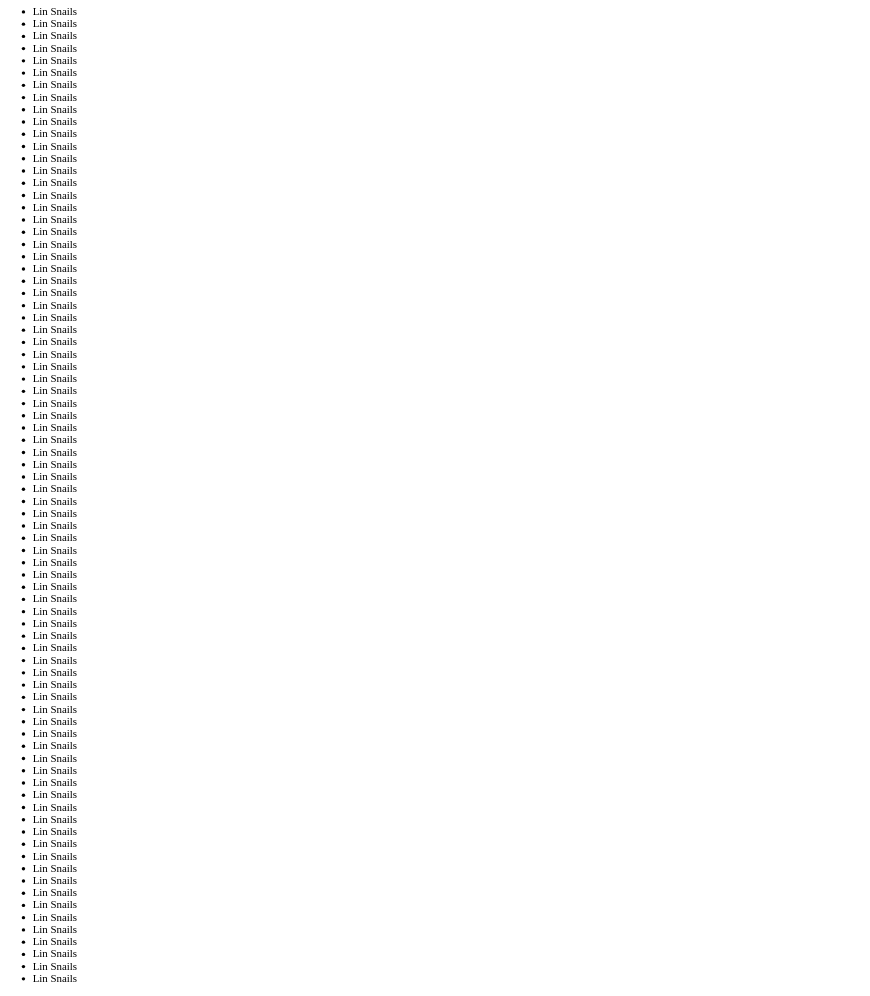
Repository: addie1988/resume
Page: Carousel.html
These files come from the project's save history. The page is drawn as it stood at one moment and after the next save; the edit follows.
The browser window is 1280 px wide. The pictures show the whole page, at 68% of full size.

Above is the page before, as saved 2021-11-24 11:48:00.

After the next save:
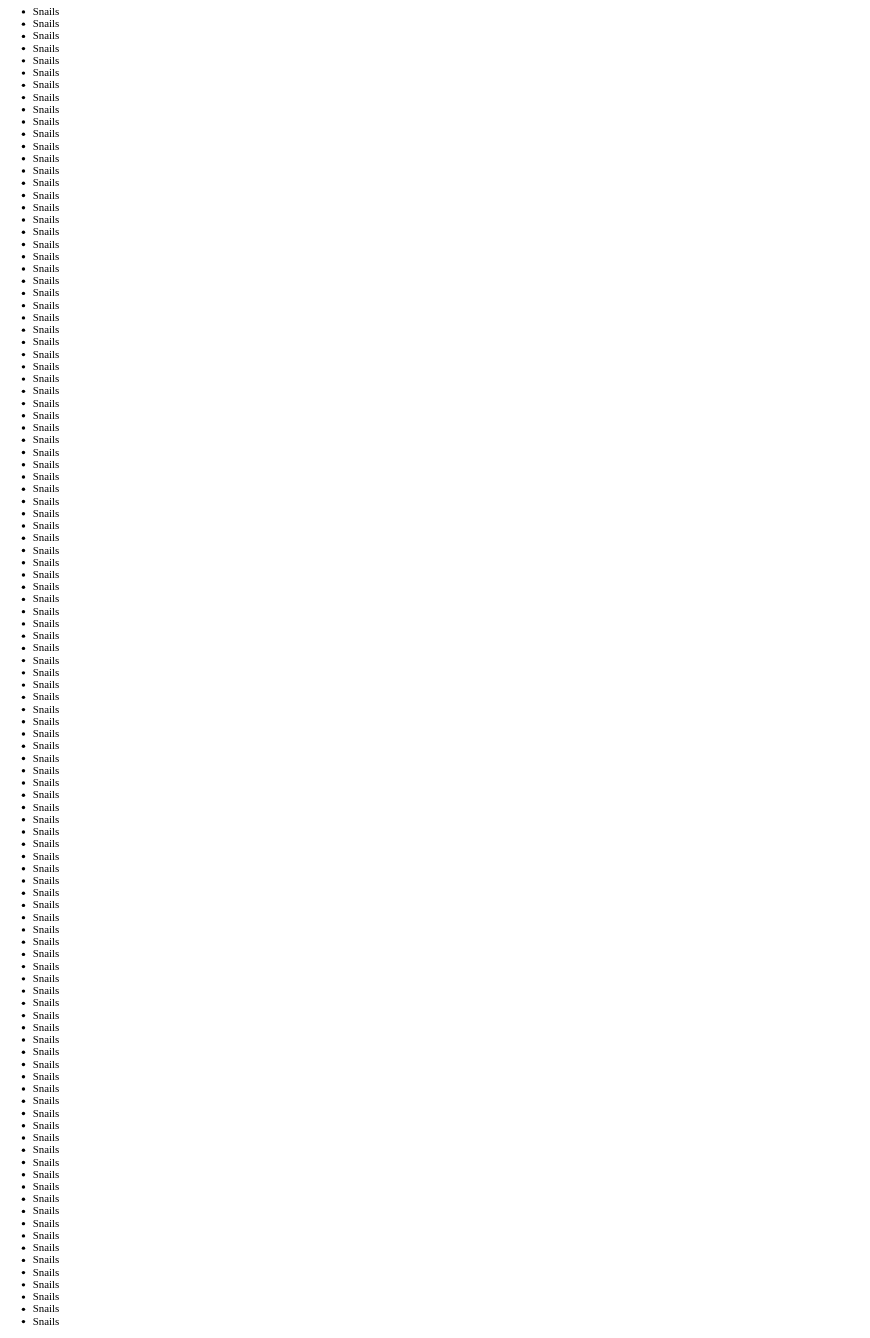
Saved 34 s later.
--- a/Carousel.html
+++ b/Carousel.html
@@ -1,10 +1,11 @@
 <ul id="Carousel">
-    <li>Lin Snails</li><li>Lin Snails</li><li>Lin Snails</li><li>Lin Snails</li><li>Lin Snails</li><li>Lin Snails</li><li>Lin Snails</li><li>Lin Snails</li><li>Lin Snails</li><li>Lin Snails</li>
-    <li>Lin Snails</li><li>Lin Snails</li><li>Lin Snails</li><li>Lin Snails</li><li>Lin Snails</li><li>Lin Snails</li><li>Lin Snails</li><li>Lin Snails</li><li>Lin Snails</li><li>Lin Snails</li>
-    <li>Lin Snails</li><li>Lin Snails</li><li>Lin Snails</li><li>Lin Snails</li><li>Lin Snails</li><li>Lin Snails</li><li>Lin Snails</li><li>Lin Snails</li><li>Lin Snails</li><li>Lin Snails</li>
-    <li>Lin Snails</li><li>Lin Snails</li><li>Lin Snails</li><li>Lin Snails</li><li>Lin Snails</li><li>Lin Snails</li><li>Lin Snails</li><li>Lin Snails</li><li>Lin Snails</li><li>Lin Snails</li>
-    <li>Lin Snails</li><li>Lin Snails</li><li>Lin Snails</li><li>Lin Snails</li><li>Lin Snails</li><li>Lin Snails</li><li>Lin Snails</li><li>Lin Snails</li><li>Lin Snails</li><li>Lin Snails</li>
-    <li>Lin Snails</li><li>Lin Snails</li><li>Lin Snails</li><li>Lin Snails</li><li>Lin Snails</li><li>Lin Snails</li><li>Lin Snails</li><li>Lin Snails</li><li>Lin Snails</li><li>Lin Snails</li>
-    <li>Lin Snails</li><li>Lin Snails</li><li>Lin Snails</li><li>Lin Snails</li><li>Lin Snails</li><li>Lin Snails</li><li>Lin Snails</li><li>Lin Snails</li><li>Lin Snails</li><li>Lin Snails</li>
-    <li>Lin Snails</li><li>Lin Snails</li><li>Lin Snails</li><li>Lin Snails</li><li>Lin Snails</li><li>Lin Snails</li><li>Lin Snails</li><li>Lin Snails</li><li>Lin Snails</li><li>Lin Snails</li>
+    <li>Snails</li><li>Snails</li><li>Snails</li><li>Snails</li><li>Snails</li><li>Snails</li><li>Snails</li><li>Snails</li><li>Snails</li><li>Snails</li><li>Snails</li><li>Snails</li>
+    <li>Snails</li><li>Snails</li><li>Snails</li><li>Snails</li><li>Snails</li><li>Snails</li><li>Snails</li><li>Snails</li><li>Snails</li><li>Snails</li><li>Snails</li><li>Snails</li>
+    <li>Snails</li><li>Snails</li><li>Snails</li><li>Snails</li><li>Snails</li><li>Snails</li><li>Snails</li><li>Snails</li><li>Snails</li><li>Snails</li><li>Snails</li><li>Snails</li>
+    <li>Snails</li><li>Snails</li><li>Snails</li><li>Snails</li><li>Snails</li><li>Snails</li><li>Snails</li><li>Snails</li><li>Snails</li><li>Snails</li><li>Snails</li><li>Snails</li>
+    <li>Snails</li><li>Snails</li><li>Snails</li><li>Snails</li><li>Snails</li><li>Snails</li><li>Snails</li><li>Snails</li><li>Snails</li><li>Snails</li><li>Snails</li><li>Snails</li>
+    <li>Snails</li><li>Snails</li><li>Snails</li><li>Snails</li><li>Snails</li><li>Snails</li><li>Snails</li><li>Snails</li><li>Snails</li><li>Snails</li><li>Snails</li><li>Snails</li>
+    <li>Snails</li><li>Snails</li><li>Snails</li><li>Snails</li><li>Snails</li><li>Snails</li><li>Snails</li><li>Snails</li><li>Snails</li><li>Snails</li><li>Snails</li><li>Snails</li>
+    <li>Snails</li><li>Snails</li><li>Snails</li><li>Snails</li><li>Snails</li><li>Snails</li><li>Snails</li><li>Snails</li><li>Snails</li><li>Snails</li><li>Snails</li><li>Snails</li>
+    <li>Snails</li><li>Snails</li><li>Snails</li><li>Snails</li><li>Snails</li><li>Snails</li><li>Snails</li><li>Snails</li><li>Snails</li><li>Snails</li><li>Snails</li><li>Snails</li>
 </ul>
